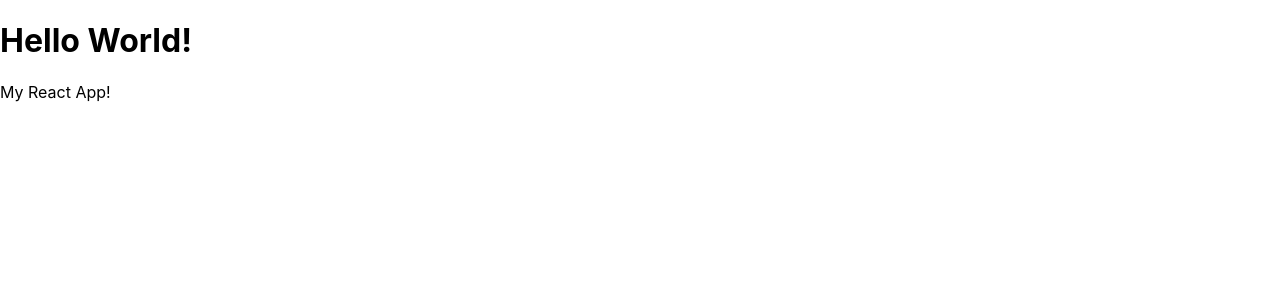
Repository: ruslan-horaiskyi/weatherApp
Page: /
An editor plug-in stored every save of this project. The page is shown before and after the next save, followed by the edit.
The browser window is 1280 px wide. The pictures show the whole page.
The project was rebuilt for these pictures with package versions that can differ from the ones it lists, and the page was loaded fresh each time.

Above is the page before, as saved 2023-04-20 16:20:34.

After the next save:
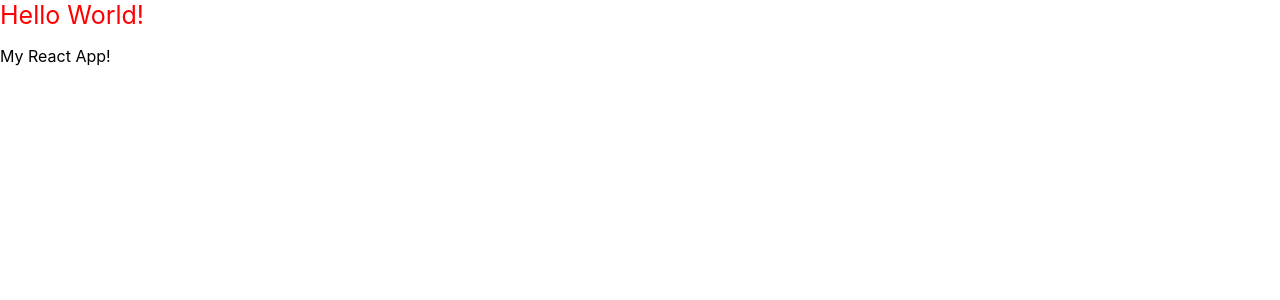
Saved 19 s later.
--- a/src/App.jsx
+++ b/src/App.jsx
@@ -5,7 +5,7 @@ const App = () => {
 
   return (
     <>
-      <h1>Hello World!</h1>
+      <div className="custom-h1">Hello World!</div>
       <p>My React App!</p>
     </>
   );
